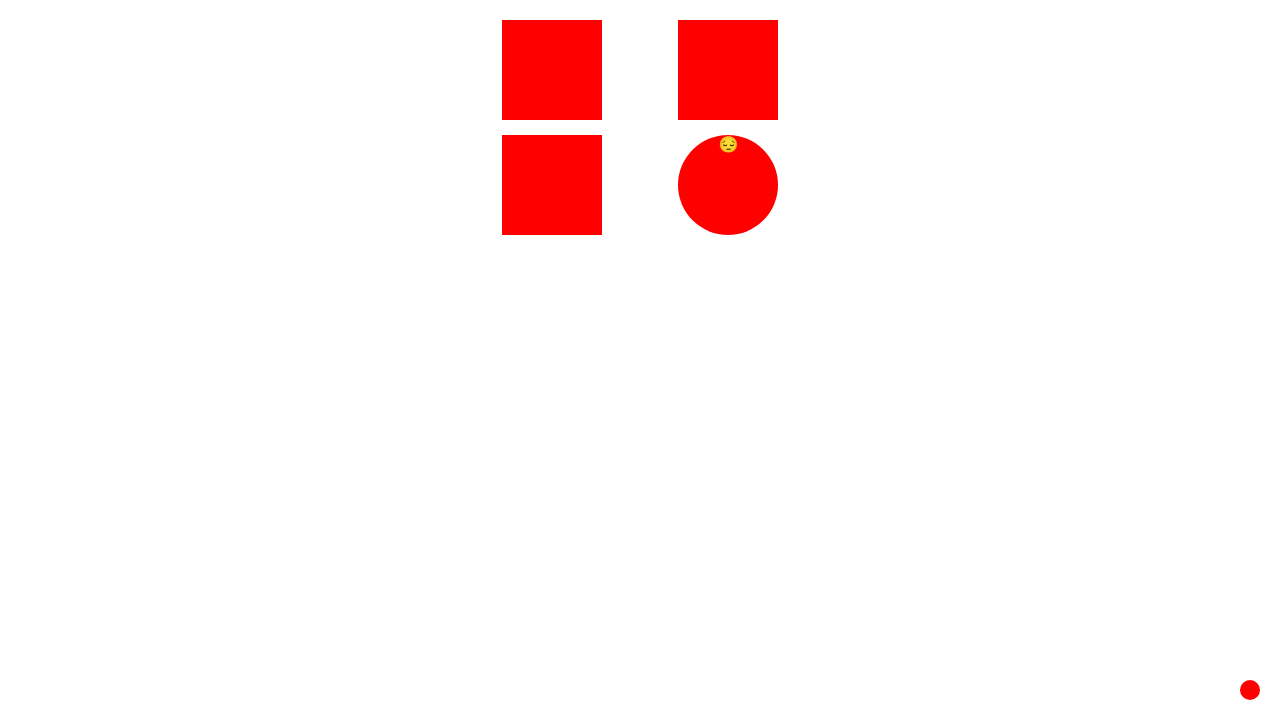
Repository: liuguangqing/tab-scroll-
Page: index14.html
The author's editor kept a copy of each file at every save. The page is drawn from the files as they stood at one save, then again after the next save.
The browser window is 1280 px wide. The pictures show the whole page.
The style sheet was rebuilt from its Sass, Less or Tailwind sources for each picture, by a compiler version that may differ from the author's.

Above is the page before, as saved 2018-07-04 14:38:50.

After the next save:
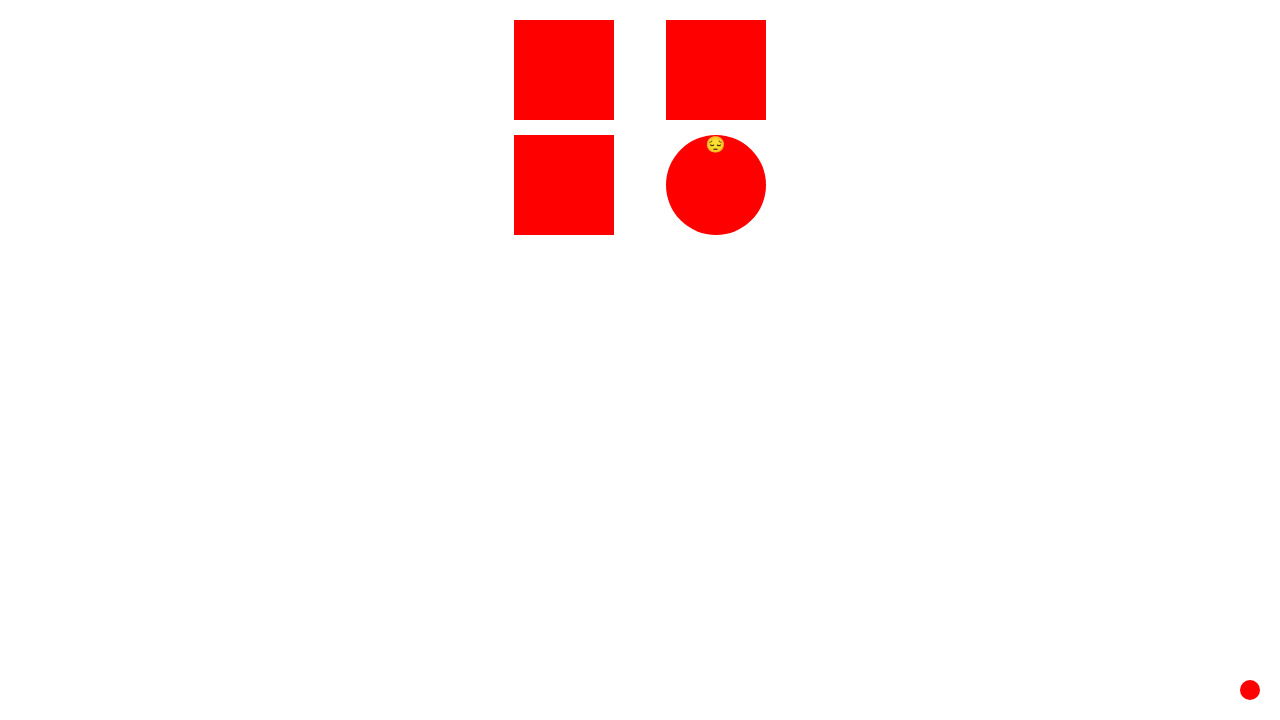
Saved 52 s later.
--- a/index14.html
+++ b/index14.html
@@ -101,19 +101,19 @@
                 $('.onecon').addClass('tns_scale_15')
                 $('.chilbox1').animate({
                     top: '20px',
-                    left: '47%'
+                    left: '48%'
                 }, 800, function () {
                     $('.chilbox2').animate({
                         top: '20px',
-                        left: '53%'
+                        left: '52%'
                     }, 800, function () {
                         $('.chilbox3').animate({
                             top: '135px',
-                            left: '47%'
+                            left: '48%'
                         }, 800, function () {
                             $('.chilbox4').animate({
                                 top: '135px',
-                                left: '53%'
+                                left: '52%'
                             }, 800, function () {
 
                             })
